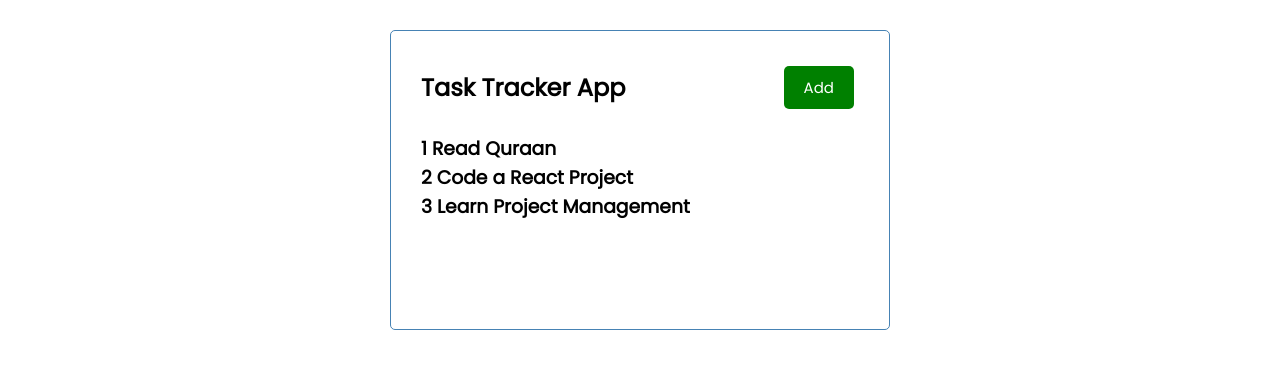
Repository: feyroozecode/task_tracker
Page: /
The author's editor kept a copy of each file at every save. The page is drawn from the files as they stood at one save, then again after the next save.
The browser window is 1280 px wide. The pictures show the whole page.
The project was rebuilt for these pictures with package versions that can differ from the ones it lists, and the page was loaded fresh each time.

Above is the page before, as saved 2023-10-20 08:37:21.

### public/index.html
<!DOCTYPE html>
<html lang="en">
  <head>
    <meta charset="utf-8" />
    <link rel="icon" href="%PUBLIC_URL%/favicon.ico" />
    <meta name="viewport" content="width=device-width, initial-scale=1" />
    <meta name="theme-color" content="#000000" />
    <meta
      name="description"
      content="Web site created using create-react-app"
    />
    <link rel="apple-touch-icon" href="%PUBLIC_URL%/logo192.png" />

    <link rel="manifest" href="%PUBLIC_URL%/manifest.json" />

    <title>React App</title>
  </head>
  <body>
    <noscript>You need to enable JavaScript to run this app.</noscript>

    <div id="root"></div>

  </body>
</html>

### src/App.js
import Header from './components/Header'
import Tasks from './components/Tasks'
import { useState } from 'react'
/**
 * A App component entry of the React App
*/
const App = ()  => {
   const appName = 'Task Tracker App'

   const [tasks, setTasks] = useState( [
    {
        id: 1,
        text: 'Read Quraan',
        day: 'Oct 20th at 6h00',
        reminder: true
    },
    {
        id: 2,
        text: 'Code a React Project ',
        day: 'Oct 20th at 6h30',
        reminder: false
    },
    {
        id: 3,
        text: 'Learn Project Management',
        day: 'Oct 21th at 6h30',
        reminder: true
    },
]);
   return (
     <div className="container">
      <Header title={appName} />
      <Tasks tasks={tasks} />
     </div>
   );

}

export default App;

### src/components/Header.js
import PropTypes from 'prop-types'
import AddButton from './AddButton'

/*
 * Header compnent show title and use a AddButton component for add new task
*/
const Header = ({ title }) => {

    const onClick = (e) => {
        console.log('Click Add Btn');
    }

    return (
        <header className='header'>
            <h2 > { title } </h2>
            <AddButton color='green' text='Add' onClick={onClick} />

        </header>
    )
}

// set default title
Header.defaultProps = {
    title: 'Task Tracker'
}

Header.propTypes = {
    title: PropTypes.string.isRequired  // title is required by the header
}

export default Header

### src/components/Tasks.js
import { useState } from 'react'

const Tasks = ({ tasks }) => {

    return (
       <div cla>
       {
        tasks.map((task) => ( <>  <h3 key={task.id}>{ task.id } {task.text} </h3> </> ))
       }
       </div>
    );
}

export default Tasks

### src/components/AddButton.js
import PropTypes from 'prop-types'

/*
 * AddButton component used for adding a new task
 * @param color => define a button background color
 * @param text => a text to show on button
 * @param onClick => onClick function to call when btn is clicked
*/
const AddButton = ({color, text, onClick}) => {

    return (
     <button
         className='btn'
        style={{ backgroundColor: color }}
        onClick={onClick}
     > {text} </button>
    )
}

AddButton.defaultProps = {
    color: 'steetblue' // default color of button
}

// define a different props types to prevent error and for type checking
AddButton.propTypes = {
    text: PropTypes.string,
    color: PropTypes.string,
    onClick: PropTypes.func.isRequired
}

export default AddButton

Loaded but not shown: src/index.js (common file); src/index.css (common file)

After the next save:
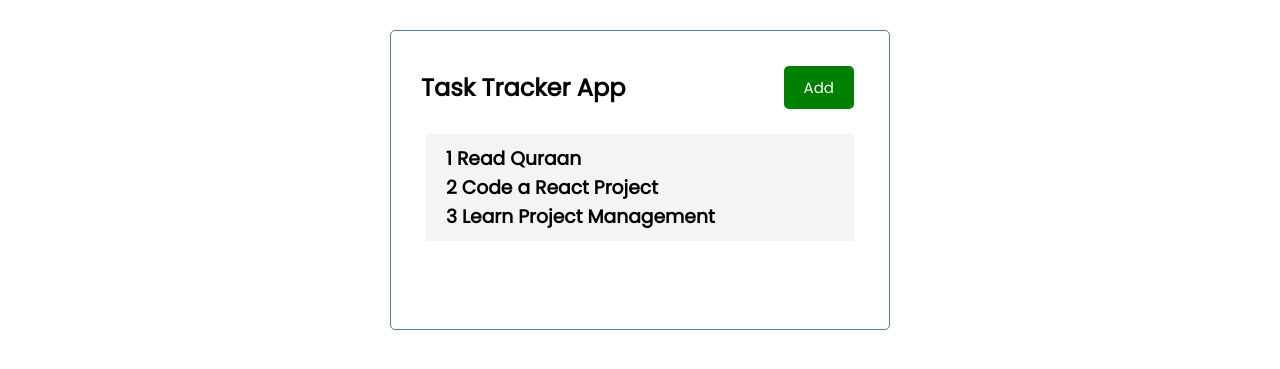
Saved 5 s later.
--- a/src/components/Tasks.js
+++ b/src/components/Tasks.js
@@ -3,7 +3,7 @@
 const Tasks = ({ tasks }) => {
 
     return (
-       <div cla>
+       <div className='task'>
        {
         tasks.map((task) => ( <>  <h3 key={task.id}>{ task.id } {task.text} </h3> </> ))
        }

After the save that followed:
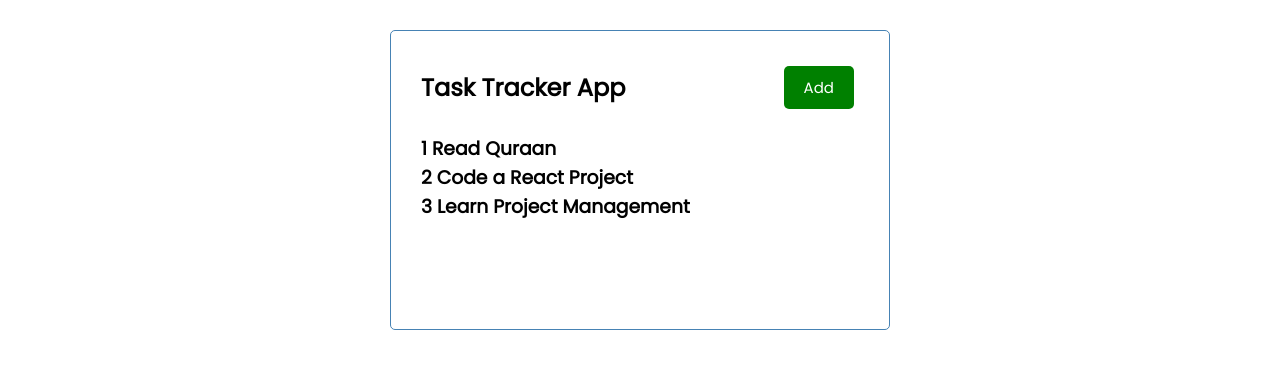
Saved 10 s later.
--- a/src/components/Tasks.js
+++ b/src/components/Tasks.js
@@ -3,11 +3,11 @@
 const Tasks = ({ tasks }) => {
 
     return (
-       <div className='task'>
+       <>
        {
         tasks.map((task) => ( <>  <h3 key={task.id}>{ task.id } {task.text} </h3> </> ))
        }
-       </div>
+       </>
     );
 }
 
